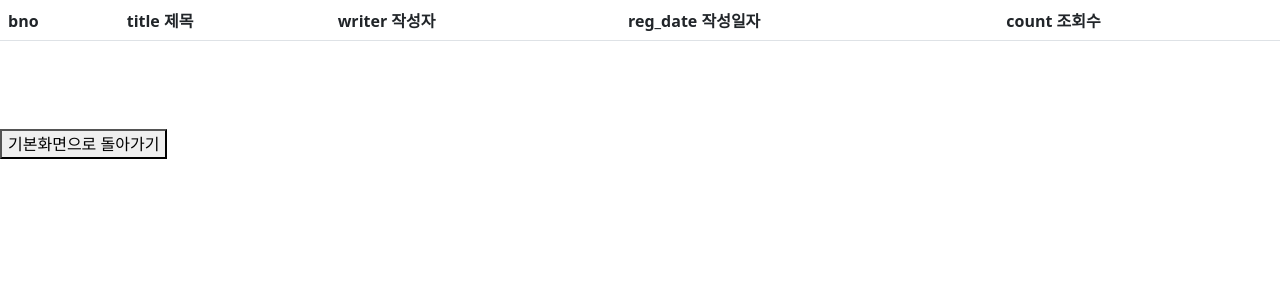
Repository: jungeunpark980906/back.jsp_study
Page: http://localhost/jsp_study4/board/list.jsp
An editor plug-in stored every save of this project. The page is shown before and after the next save, followed by the edit.
The browser window is 1280 px wide. The pictures show the whole page.
The page is served by Tomcat 9.

Above is the page before, as saved 2023-05-30 05:48:39.

After the next save:
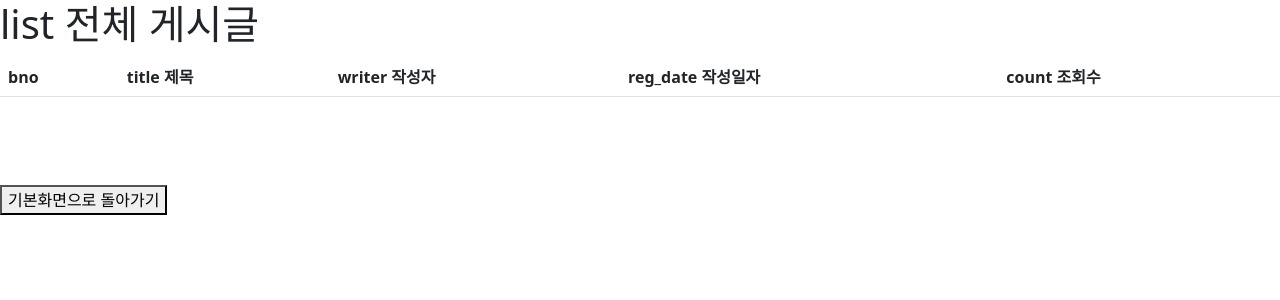
Saved 34 s later.
--- a/jsp_project4/jsp_study4/src/main/webapp/board/list.jsp
+++ b/jsp_project4/jsp_study4/src/main/webapp/board/list.jsp
@@ -12,6 +12,8 @@ crossorigin="anonymous">
 <title>insert</title>
 </head>
 <body>
+
+	<h1>list 전체 게시글</h1>
 	<table class="table table-hover">
 		<thead>
 			<tr>
